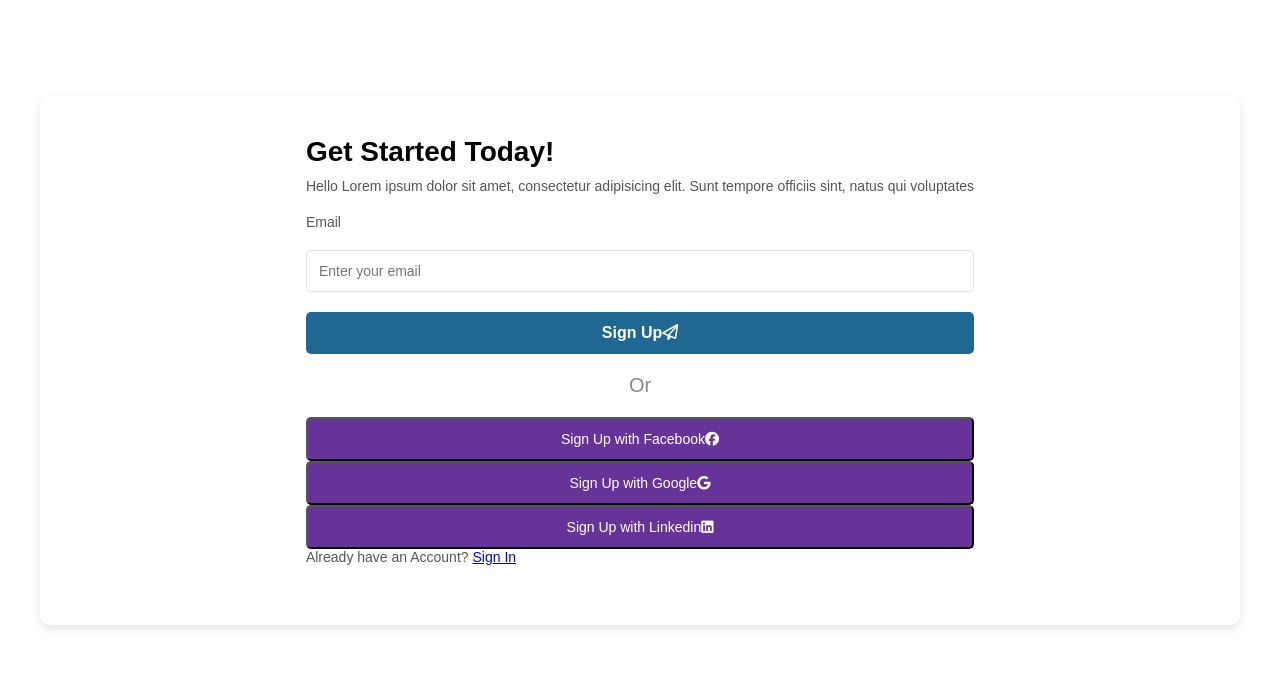
Repository: Femi007-gh/Login-V2
Page: index.html
An editor plug-in stored every save of this project. The page is shown before and after a run of saves, followed by the edit.
The browser window is 1280 px wide. The pictures show the whole page.

Above is the page before, as saved 2025-01-27 07:47:35.

After the next 2 saves:
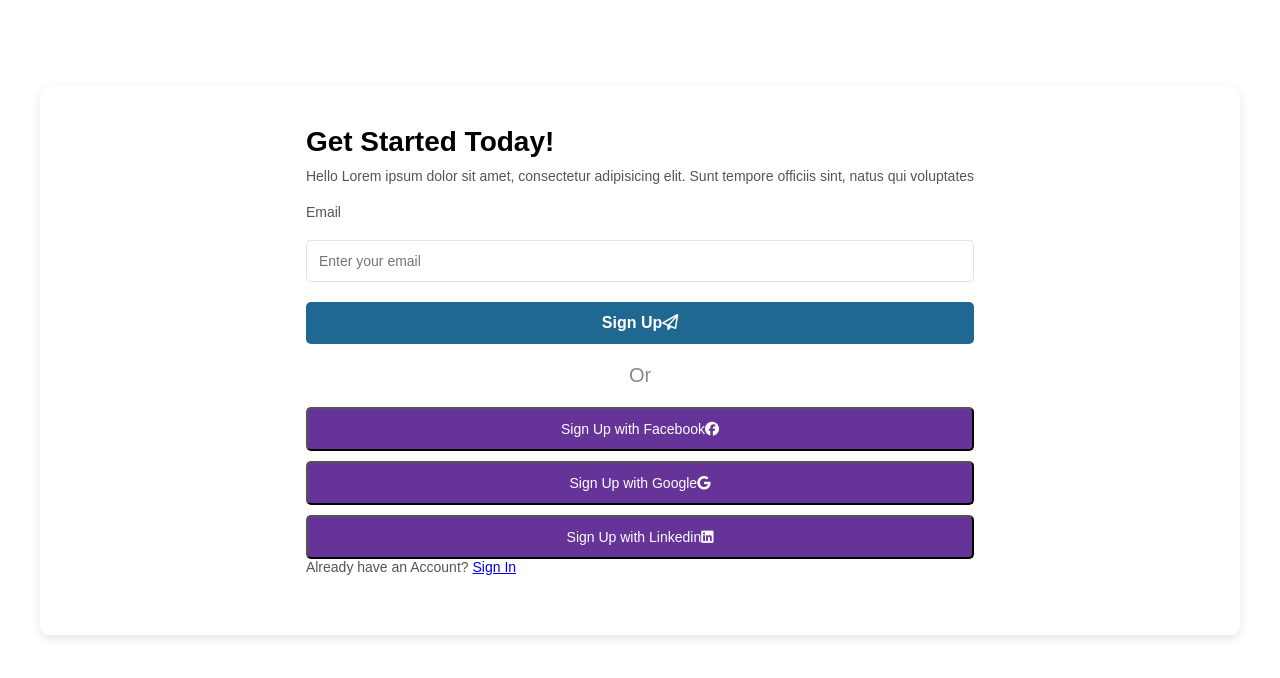
The 2 saves are shown as one change because they came seconds apart.
The last was saved 7 s later.
--- a/style.css
+++ b/style.css
@@ -80,7 +80,7 @@ p {
 .social-buttons {
   display: flex;
   flex-direction: column;
-  gap
+  gap: 10px;
 }
 
 .social-btn {
